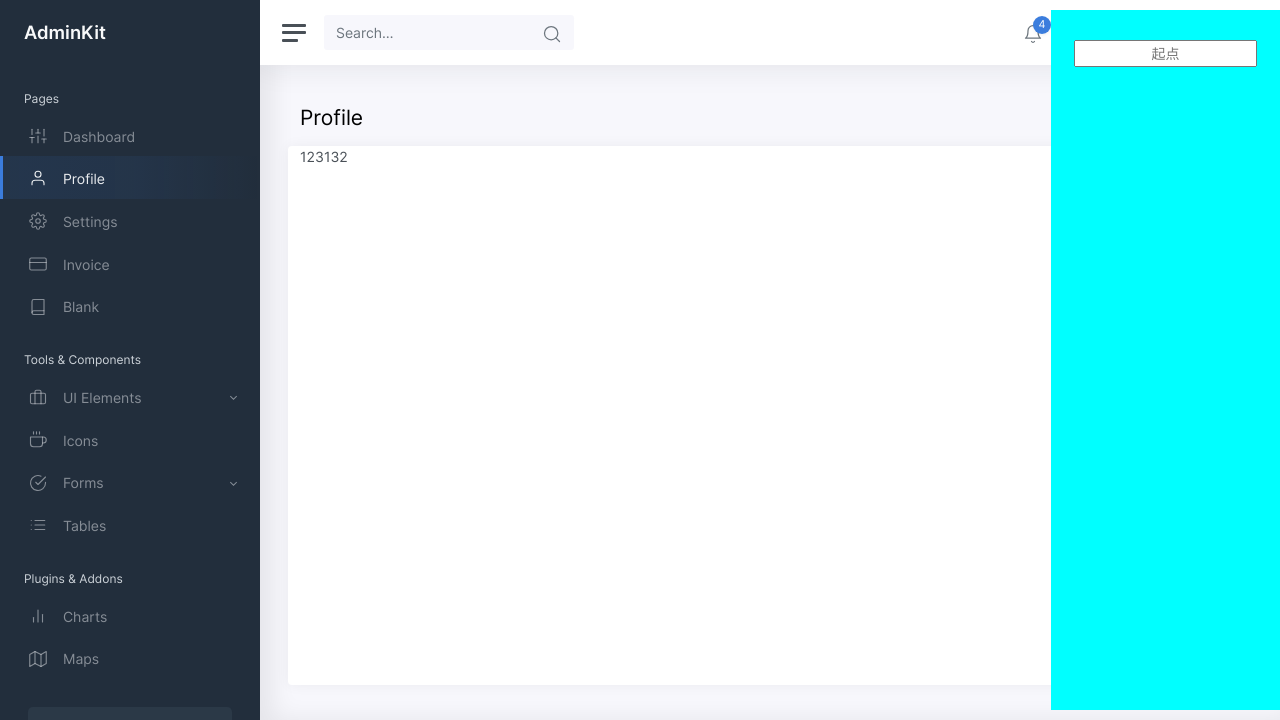
Repository: yuwei0922/WHURS-WGIS
Page: final_project/pages-profile.html
An editor plug-in stored every save of this project. The page is shown before and after the next save, followed by the edit.
The browser window is 1280 px wide. The pictures show the whole page.

Above is the page before, as saved 2022-12-21 20:53:56.
Not found: final_project/js/vendor.js

### final_project/pages-profile.html
<!DOCTYPE html>
<html lang="en">

<head>
	<meta charset="utf-8">
	<meta http-equiv="X-UA-Compatible" content="IE=edge">
	<meta name="viewport" content="width=device-width, initial-scale=1, shrink-to-fit=no">
	<meta name="description" content="Responsive Web UI Kit &amp; Dashboard Template based on Bootstrap">
	<meta name="author" content="AdminKit">
	<meta name="keywords" content="adminkit, bootstrap, web ui kit, dashboard template, admin template">
	<link rel="shortcut icon" href="img/icons/icon-48x48.png" />
	<title>Profile</title>
	<link href="css/app.css" rel="stylesheet">
	<link rel="stylesheet" href="css/content.css">
</head>

<body>
	<div class="wrapper" style="position: relative;">
		<nav id="sidebar" class="sidebar">
			<div class="sidebar-content js-simplebar">
				<a class="sidebar-brand" href="index.html">
          <span class="align-middle">AdminKit</span>
        </a>

				<ul class="sidebar-nav">
					<li class="sidebar-header">
						Pages
					</li>

					<li class="sidebar-item">
						<a class="sidebar-link" href="index.html">
              <i class="align-middle" data-feather="sliders"></i> <span class="align-middle">Dashboard</span>
            </a>
					</li>

					<li class="sidebar-item active">
						<a class="sidebar-link" href="pages-profile.html">
              <i class="align-middle" data-feather="user"></i> <span class="align-middle">Profile</span>
            </a>
					</li>

					<li class="sidebar-item">
						<a class="sidebar-link" href="pages-settings.html">
              <i class="align-middle" data-feather="settings"></i> <span class="align-middle">Settings</span>
            </a>
					</li>

					<li class="sidebar-item">
						<a class="sidebar-link" href="pages-invoice.html">
              <i class="align-middle" data-feather="credit-card"></i> <span class="align-middle">Invoice</span>
            </a>
					</li>

					<li class="sidebar-item">
						<a class="sidebar-link" href="pages-blank.html">
              <i class="align-middle" data-feather="book"></i> <span class="align-middle">Blank</span>
            </a>
					</li>

					<li class="sidebar-header">
						Tools & Components
					</li>
					<li class="sidebar-item">
						<a href="#ui" data-toggle="collapse" class="sidebar-link collapsed">
              <i class="align-middle" data-feather="briefcase"></i> <span class="align-middle">UI Elements</span>
            </a>
						<ul id="ui" class="sidebar-dropdown list-unstyled collapse " data-parent="#sidebar">
							<li class="sidebar-item"><a class="sidebar-link" href="ui-alerts.html">Alerts</a></li>
							<li class="sidebar-item"><a class="sidebar-link" href="ui-buttons.html">Buttons</a></li>
							<li class="sidebar-item"><a class="sidebar-link" href="ui-cards.html">Cards</a></li>
							<li class="sidebar-item"><a class="sidebar-link" href="ui-general.html">General</a></li>
							<li class="sidebar-item"><a class="sidebar-link" href="ui-grid.html">Grid</a></li>
							<li class="sidebar-item"><a class="sidebar-link" href="ui-modals.html">Modals</a></li>
							<li class="sidebar-item"><a class="sidebar-link" href="ui-typography.html">Typography</a></li>
						</ul>
					</li>

					<li class="sidebar-item">
						<a class="sidebar-link" href="icons-feather.html">
              <i class="align-middle" data-feather="coffee"></i> <span class="align-middle">Icons</span>
            </a>
					</li>

					<li class="sidebar-item">
						<a href="#forms" data-toggle="collapse" class="sidebar-link collapsed">
              <i class="align-middle" data-feather="check-circle"></i> <span class="align-middle">Forms</span>
            </a>
						<ul id="forms" class="sidebar-dropdown list-unstyled collapse " data-parent="#sidebar">
							<li class="sidebar-item"><a class="sidebar-link" href="forms-layouts.html">Form Layouts</a></li>
							<li class="sidebar-item"><a class="sidebar-link" href="forms-basic-inputs.html">Basic Inputs</a></li>
						</ul>
					</li>

					<li class="sidebar-item">
						<a class="sidebar-link" href="tables-bootstrap.html">
              <i class="align-middle" data-feather="list"></i> <span class="align-middle">Tables</span>
            </a>
					</li>

					<li class="sidebar-header">
						Plugins & Addons
					</li>

					<li class="sidebar-item">
						<a class="sidebar-link" href="charts-chartjs.html">
              <i class="align-middle" data-feather="bar-chart-2"></i> <span class="align-middle">Charts</span>
            </a>
					</li>

					<li class="sidebar-item">
						<a class="sidebar-link" href="maps-google.html">
              <i class="align-middle" data-feather="map"></i> <span class="align-middle">Maps</span>
            </a>
					</li>
				</ul>

				<div class="sidebar-cta">
					<div class="sidebar-cta-content">
						<strong class="d-inline-block mb-2">Upgrade to Pro</strong>
						<div class="mb-3 text-sm">
							Are you looking for more components?
						</div>
						<a href="#" target="_blank" class="btn btn-outline-primary btn-block">Upgrade</a>
					</div>
				</div>
			</div>
		</nav>
		<div class="main">
			<nav class="navbar navbar-expand navbar-light navbar-bg">
				<a class="sidebar-toggle d-flex">
          <i class="hamburger align-self-center"></i>
        </a>

				<form class="form-inline d-none d-sm-inline-block">
					<div class="input-group input-group-navbar">
						<input type="text" class="form-control" placeholder="Search…" aria-label="Search">
						<div class="input-group-append">
							<button class="btn" type="button">
                <i class="align-middle" data-feather="search"></i>
              </button>
						</div>
					</div>
				</form>

				<div class="navbar-collapse collapse">
					<ul class="navbar-nav navbar-align">
						<li class="nav-item dropdown">
							<a class="nav-icon dropdown-toggle" href="#" id="alertsDropdown" data-toggle="dropdown">
								<div class="position-relative">
									<i class="align-middle" data-feather="bell"></i>
									<span class="indicator">4</span>
								</div>
							</a>
							<div class="dropdown-menu dropdown-menu-lg dropdown-menu-right py-0" aria-labelledby="alertsDropdown">
								<div class="dropdown-menu-header">
									4 New Notifications
								</div>
								<div class="list-group">
									<a href="#" class="list-group-item">
										<div class="row no-gutters align-items-center">
											<div class="col-2">
												<i class="text-danger" data-feather="alert-circle"></i>
											</div>
											<div class="col-10">
												<div class="text-dark">Update completed</div>
												<div class="text-muted small mt-1">Restart server 12 to complete the update.</div>
												<div class="text-muted small mt-1">30m ago</div>
											</div>
										</div>
									</a>
									<a href="#" class="list-group-item">
										<div class="row no-gutters align-items-center">
											<div class="col-2">
												<i class="text-warning" data-feather="bell"></i>
											</div>
											<div class="col-10">
												<div class="text-dark">Lorem ipsum</div>
												<div class="text-muted small mt-1">Aliquam ex eros, imperdiet vulputate hendrerit et.</div>
												<div class="text-muted small mt-1">2h ago</div>
											</div>
										</div>
									</a>
									<a href="#" class="list-group-item">
										<div class="row no-gutters align-items-center">
											<div class="col-2">
												<i class="text-primary" data-feather="home"></i>
											</div>
											<div class="col-10">
												<div class="text-dark">Login from 192.186.1.8</div>
												<div class="text-muted small mt-1">5h ago</div>
											</div>
										</div>
									</a>
									<a href="#" class="list-group-item">
										<div class="row no-gutters align-items-center">
											<div class="col-2">
												<i class="text-success" data-feather="user-plus"></i>
											</div>
											<div class="col-10">
												<div class="text-dark">New connection</div>
												<div class="text-muted small mt-1">Christina accepted your request.</div>
												<div class="text-muted small mt-1">14h ago</div>
											</div>
										</div>
									</a>
								</div>
								<div class="dropdown-menu-footer">
									<a href="#" class="text-muted">Show all notifications</a>
								</div>
							</div>
						</li>
						<li class="nav-item dropdown">
							<a class="nav-icon dropdown-toggle" href="#" id="messagesDropdown" data-toggle="dropdown">
								<div class="position-relative">
									<i class="align-middle" data-feather="message-square"></i>
								</div>
							</a>
							<div class="dropdown-menu dropdown-menu-lg dropdown-menu-right py-0" aria-labelledby="messagesDropdown">
								<div class="dropdown-menu-header">
									<div class="position-relative">
										4 New Messages
									</div>
								</div>
								<div class="list-group">
									<a href="#" class="list-group-item">
										<div class="row no-gutters align-items-center">
											<div class="col-2">
												<img src="img/avatars/avatar-5.jpg" class="avatar img-fluid rounded-circle" alt="Vanessa Tucker">
											</div>
											<div class="col-10 pl-2">
												<div class="text-dark">Vanessa Tucker</div>
												<div class="text-muted small mt-1">Nam pretium turpis et arcu. Duis arcu tortor.</div>
												<div class="text-muted small mt-1">15m ago</div>
											</div>
										</div>
									</a>
									<a href="#" class="list-group-item">
										<div class="row no-gutters align-items-center">
											<div class="col-2">
												<img src="img/avatars/avatar-2.jpg" class="avatar img-fluid rounded-circle" alt="William Harris">
											</div>
											<div class="col-10 pl-2">
												<div class="text-dark">William Harris</div>
												<div class="text-muted small mt-1">Curabitur ligula sapien euismod vitae.</div>
												<div class="text-muted small mt-1">2h ago</div>
											</div>
										</div>
									</a>
									<a href="#" class="list-group-item">
										<div class="row no-gutters align-items-center">
											<div class="col-2">
												<img src="img/avatars/avatar-4.jpg" class="avatar img-fluid rounded-circle" alt="Christina Mason">
											</div>
											<div class="col-10 pl-2">
												<div class="text-dark">Christina Mason</div>
												<div class="text-muted small mt-1">Pellentesque auctor neque nec urna.</div>
												<div class="text-muted small mt-1">4h ago</div>
											</div>
										</div>
									</a>
									<a href="#" class="list-group-item">
										<div class="row no-gutters align-items-center">
											<div class="col-2">
												<img src="img/avatars/avatar-3.jpg" class="avatar img-fluid rounded-circle" alt="Sharon Lessman">
											</div>
											<div class="col-10 pl-2">
												<div class="text-dark">Sharon Lessman</div>
												<div class="text-muted small mt-1">Aenean tellus metus, bibendum sed, posuere ac, mattis non.</div>
												<div class="text-muted small mt-1">5h ago</div>
											</div>
										</div>
									</a>
								</div>
								<div class="dropdown-menu-footer">
									<a href="#" class="text-muted">Show all messages</a>
								</div>
							</div>
						</li>
						<li class="nav-item dropdown">
							<a class="nav-icon dropdown-toggle d-inline-block d-sm-none" href="#" data-toggle="dropdown">
                <i class="align-middle" data-feather="settings"></i>
              </a>

							<a class="nav-link dropdown-toggle d-none d-sm-inline-block" href="#" data-toggle="dropdown">
                <img src="img/avatars/avatar.jpg" class="avatar img-fluid rounded mr-1" alt="Charles Hall" /> <span class="text-dark">Charles Hall</span>
              </a>
							<div class="dropdown-menu dropdown-menu-right">
								<a class="dropdown-item" href="pages-profile.html"><i class="align-middle mr-1" data-feather="user"></i> Profile</a>
								<a class="dropdown-item" href="#"><i class="align-middle mr-1" data-feather="pie-chart"></i> Analytics</a>
								<div class="dropdown-divider"></div>
								<a class="dropdown-item" href="pages-settings.html"><i class="align-middle mr-1" data-feather="settings"></i> Settings & Privacy</a>
								<a class="dropdown-item" href="#"><i class="align-middle mr-1" data-feather="help-circle"></i> Help Center</a>
								<div class="dropdown-divider"></div>
								<a class="dropdown-item" href="#">Log out</a>
							</div>
						</li>
					</ul>
				</div>
			</nav>
			<main class="content">
				<div class="container-fluid p-0 map-background">
					<h1 class="h3 mb-3">Profile</h1>
					<div class="row map-background">
						<div class="card col-12 mapcontent">123132</div>
					</div>
				</div>
			</main>
		</div>
	<div class="select-contronller">
		<input type="text" placeholder="起点" name="ori" class="input-ori">
		</div>
	</div>
	<script src="js/vendor.js"></script>
	<script src="js/app.js"></script>
</body>

</html>

### final_project/css/content.css
.map-background{
    height:100%;
}

.mapcontent{
    height: 90%;
}

.select-contronller{
    position: absolute;
    height: 700px;
    top: 50%;
    right: 0;
    transform: translateY(-50%);
    background-color:aqua ;
    text-align: center;

}

.input-ori{
    margin-top: 30px;
    width: 80%;
    text-align: center;

}

Loaded but not shown: final_project/css/app.css (library); final_project/js/app.js (library)

After the next save:
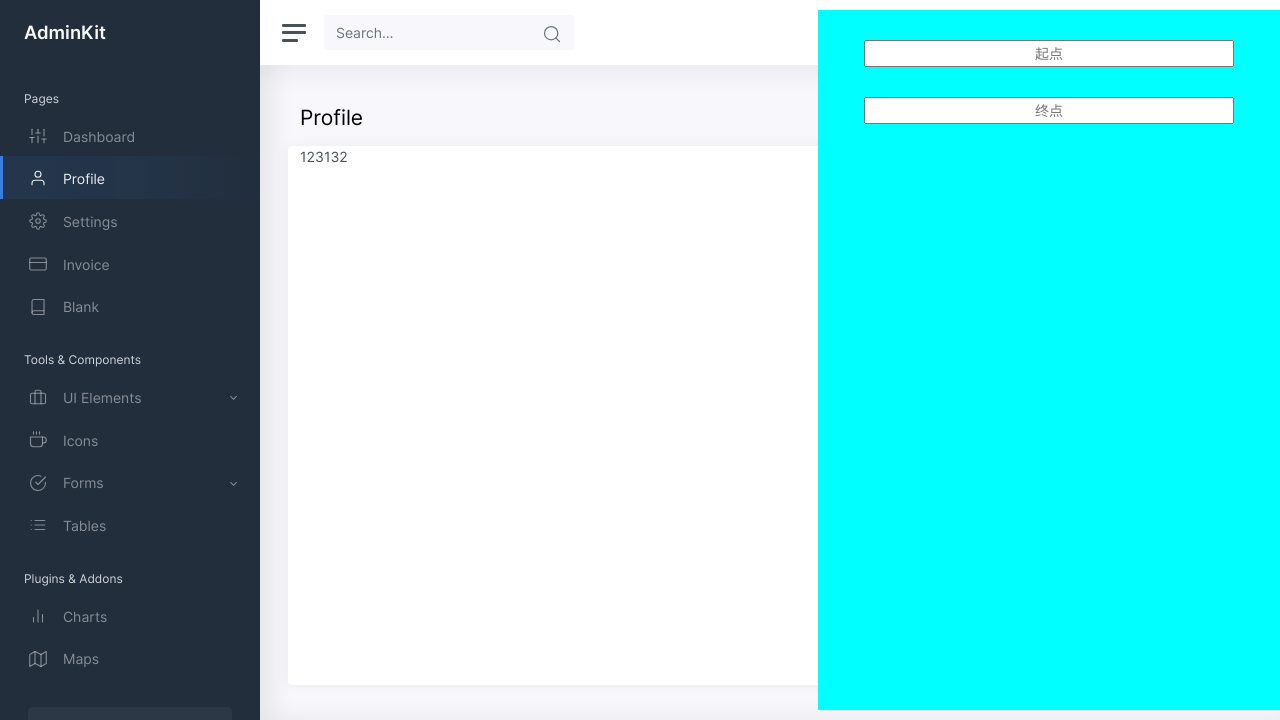
Saved 87 s later.
--- a/final_project/pages-profile.html
+++ b/final_project/pages-profile.html
@@ -308,6 +308,7 @@
 		</div>
 	<div class="select-contronller">
 		<input type="text" placeholder="起点" name="ori" class="input-ori">
+		<input type="text" placeholder="终点" name="des" class="input-des">
 		</div>
 	</div>
 	<script src="js/vendor.js"></script>
--- a/final_project/css/content.css
+++ b/final_project/css/content.css
@@ -21,5 +21,10 @@
     margin-top: 30px;
     width: 80%;
     text-align: center;
+}
 
+.input-des{
+    margin-top: 30px;
+    width: 80%;
+    text-align: center;
 }
